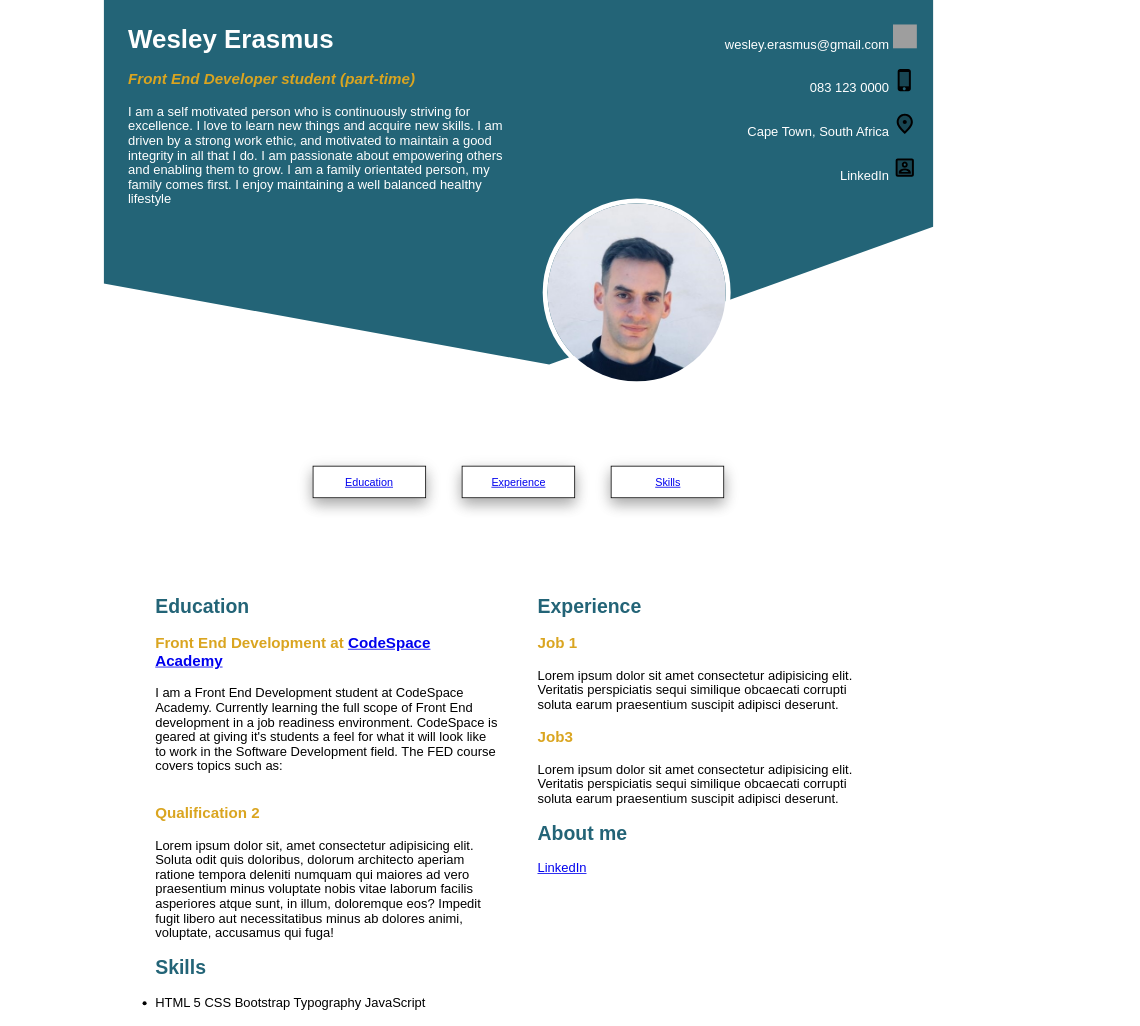
Repository: WesleyErasmus/myDigitalResume
Page: Resume-Projec-3/index.html
An editor plug-in stored every save of this project. The page is shown before and after the next save, followed by the edit.
The browser window is 1280 px wide. The page is 1408 px wide, so the pictures cover 1408 px, including what lies to the right of the window. The pictures show the whole page, at 81% of full size.
Pictures or frames that could not be fetched are drawn as grey boxes.

Above is the page before, as saved 2022-02-12 17:50:56.

### Resume-Projec-3/index.html
<!DOCTYPE html>
<html lang="en">

<head>
  <meta charset="UTF-8">
  <meta http-equiv="X-UA-Compatible" content="IE=edge">
  <meta name="viewport" content="width=device-width, initial-scale=1.0">
  <title>Hello World</title>
  <link rel="stylesheet" href="styles.css">
</head>

<body>
  <header>
    <div class="title">
          <h1>Wesley Erasmus</h1>
          <h3> <em>Front End Developer student (part-time)</em></h3>
          <p>I am a self motivated person who is continuously striving for excellence. I love to learn new things and acquire new skills. I am driven by a strong work ethic, and motivated to maintain a good integrity in all that I do. I am passionate about empowering others and enabling them to grow. I am a family orientated person, my family comes first. I enjoy maintaining a well balanced healthy lifestyle</p>
    </div>

    <ul class="contact-details">
            <li>wesley.erasmus@gmail.com <img src="svg/email.svg" alt="Gmail" style="width: 30px; height: 30px;"> </li>

            <li>083 123 0000 <img src="svg/phone.svg" alt="Cell number" style="width: 30px; height: 30px;"> </li>

            <li>Cape Town, South Africa <img src="svg/location2.svg" alt="Location" style="width: 30px; height: 30px;"> </li>

            <li>LinkedIn </a> <img src="svg/account.svg" alt="LinkedIn profile" style="width: 30px; height: 30px;"> </li>
    </ul>


  </header>

    <img id="headshot" src="images/headshot.jpeg" alt="Portrait image of Wesley Erasmus">



    <svg width="1024px" >
      <polygon fill="#236477" points="0,0 1024,0 1024,280 550,450 0,350"/>
  </svg>

  <nav>

    <ul class="page-links">
      <li> <button><a href="#Education">Education</a></button></li>
      <li><button><a href="#Experience">Experience</a></button></li>
      <li><button><a href="#Skills">Skills</a></button></li>
    </ul>

  </nav>

  <main>

    <div class="flex-col-1">

      <h2 class="color-headings" id="Education">Education</h2>

      <h3>Front End Development at <a href="https://www.codespace.co.za/" target="_blank">CodeSpace Academy</a> </h3>

      <p>I am a Front End Development student at CodeSpace Academy. Currently learning the full scope of Front End development in a job readiness environment. CodeSpace is geared at giving it's students a feel for what it will look like to work in the Software Development field. The FED course covers topics such as:</p>
      <br>

        <h3>Qualification 2</h3>

      <p>Lorem ipsum dolor sit, amet consectetur adipisicing elit. Soluta odit quis doloribus, dolorum architecto
        aperiam ratione tempora deleniti numquam qui maiores ad vero praesentium minus voluptate nobis vitae laborum
        facilis asperiores atque sunt, in illum, doloremque eos? Impedit fugit libero aut necessitatibus minus ab
        dolores animi, voluptate, accusamus qui fuga!</p>




      <h2 class="color-headings" id="Skills">Skills</h2>
        <div class="skills">
        <span>HTML 5</span>
        <span>CSS</span>
        <span>Bootstrap</span>
        <span>Typography</span>
        <span>JavaScript</span>
      </div>

      <!-- <ul>
        <li>HTML 5</li>
        <li>CSS</li>
        <li>Bootstrap</li>
        <li>Typography</li>
        <li>JavaScript</li>
      </ul> -->

  </div>


    <div class="flex-col-1">
    <h2 class="color-headings" id="Experience">Experience</h2>
    <h3>Job 1</h3>
    <p>Lorem ipsum dolor sit amet consectetur adipisicing elit. Veritatis perspiciatis sequi similique obcaecati
      corrupti soluta earum praesentium suscipit adipisci deserunt.</p>
    <h3>Job3</h3>
    <p>Lorem ipsum dolor sit amet consectetur adipisicing elit. Veritatis perspiciatis sequi similique obcaecati
      corrupti soluta earum praesentium suscipit adipisci deserunt.</p>


    <h2 class="color-headings" >About me</h2>
    <p>
      <a href="https://www.linkedin.com/feed/" target="_blank">LinkedIn</a>
    </p>
  </div>

  </main>

</body>

</html>

### Resume-Projec-3/styles.css
* {
    margin: 0;
    padding: 0;
    font-family: sans-serif;
}
body {
max-width: 1024px;
max-height: 830px;
margin: 0 auto;
}
ul {
    list-style-type: none;
}
header {
    display: flex;
    width: 100%;
    color: #fff;
    margin-bottom: 50px;
}
h3 {
    color: goldenrod;
    margin-top: 20px;
    margin-bottom: 20px;
}
.contact-details {
    padding-top: 20px;
    width: 50%;
    text-align: right;
    list-style-type: none;
}
.contact-details li{
    padding: 10px 20px 10px 10px;
    text-align: right;
    list-style-type: none;
}

.title {
    width: 50%;
    padding: 30px;
}
#headshot{
    position: relative;
    float: right;
    right: 250px;
    top: -90px;
    width: 220px;
    height: 220px;
    border-radius: 50%;
    border: 6px solid #fff;
}

svg {
    display: block;
    width: 1024px;
    z-index: -1;
    position: absolute;
    top: 0;
    width: 100%;
    height: 500px;
}
nav {
    margin-top: 290px;
}
.page-links li{
    display: inline;
    background-color: #fff;
    margin: 20px;
}
button {
    color: #000;
    background-color: #fff;
    width: 140px;
    height: 40px;
    border: solid 1px black;
    box-shadow: 0 8px 16px 0 rgba(0,0,0,0.2), 0 6px 20px 0 rgba(0,0,0,0.19);
}
button:hover {
    cursor: pointer;
    background-color: goldenrod;

}
a:visited {
    color: #173042;
  }

  a:active {
    color: blue;
  }
/* button:click {
    cursor: pointer;

} */
.color-headings {
    color: #236477;
    margin: 20px 0 20px 0;
}
.page-links{
    text-align: center;
}

main {

    margin: 80px 40px 0 40px;
    display: flex;
    flex-direction: row;
}
.flex-col-1, .flex-col-2 {
    margin: 0 auto;
    text-align: left;
    width: 45%;
    padding: 20px;
}
.skills {
    display:list-item;
}

After the next save:
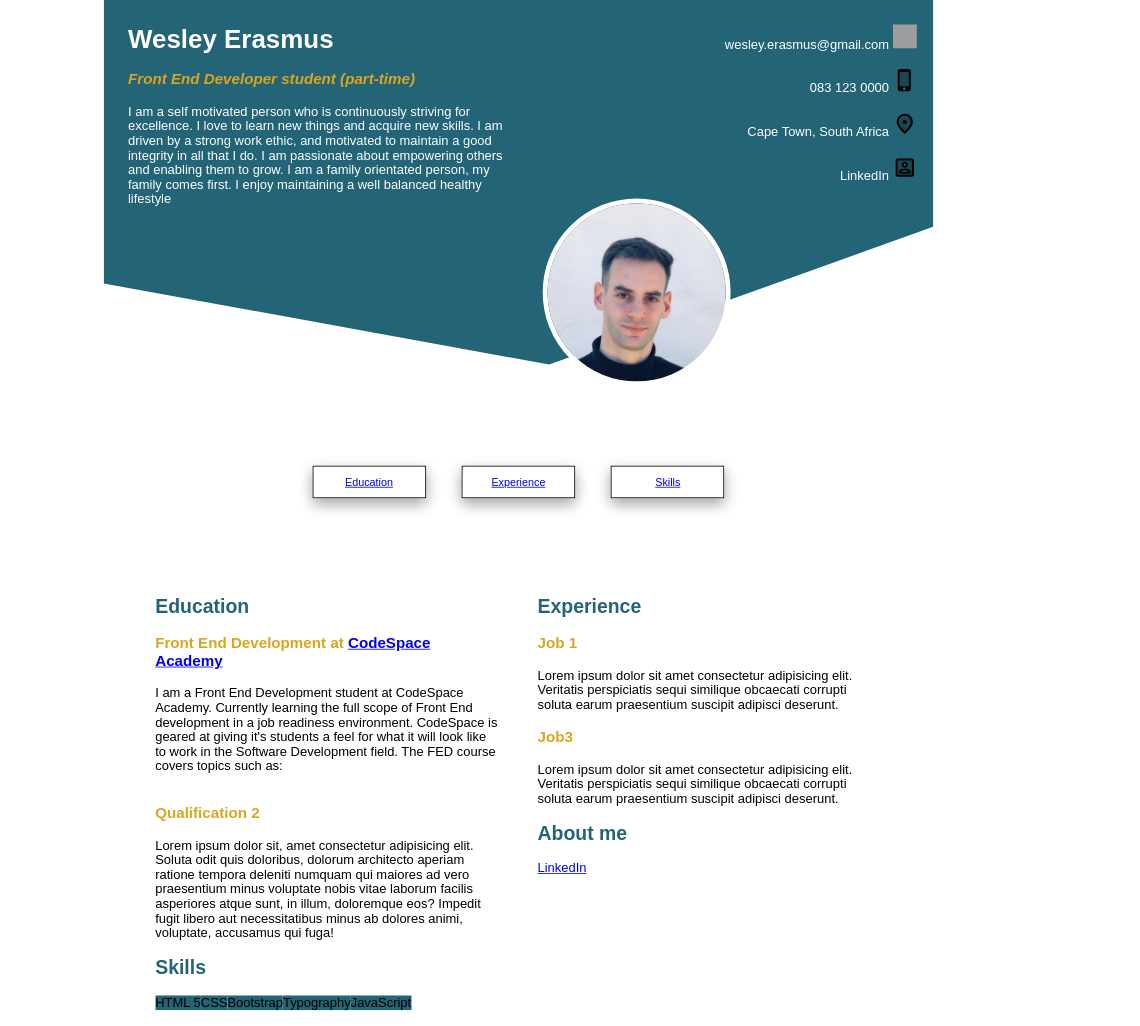
Saved 23 s later.
--- a/Resume-Projec-3/styles.css
+++ b/Resume-Projec-3/styles.css
@@ -111,5 +111,8 @@ main {
     padding: 20px;
 }
 .skills {
-    display:list-item;
+   display: flex;
 }
+span {
+    background-color: #236477;
+}
